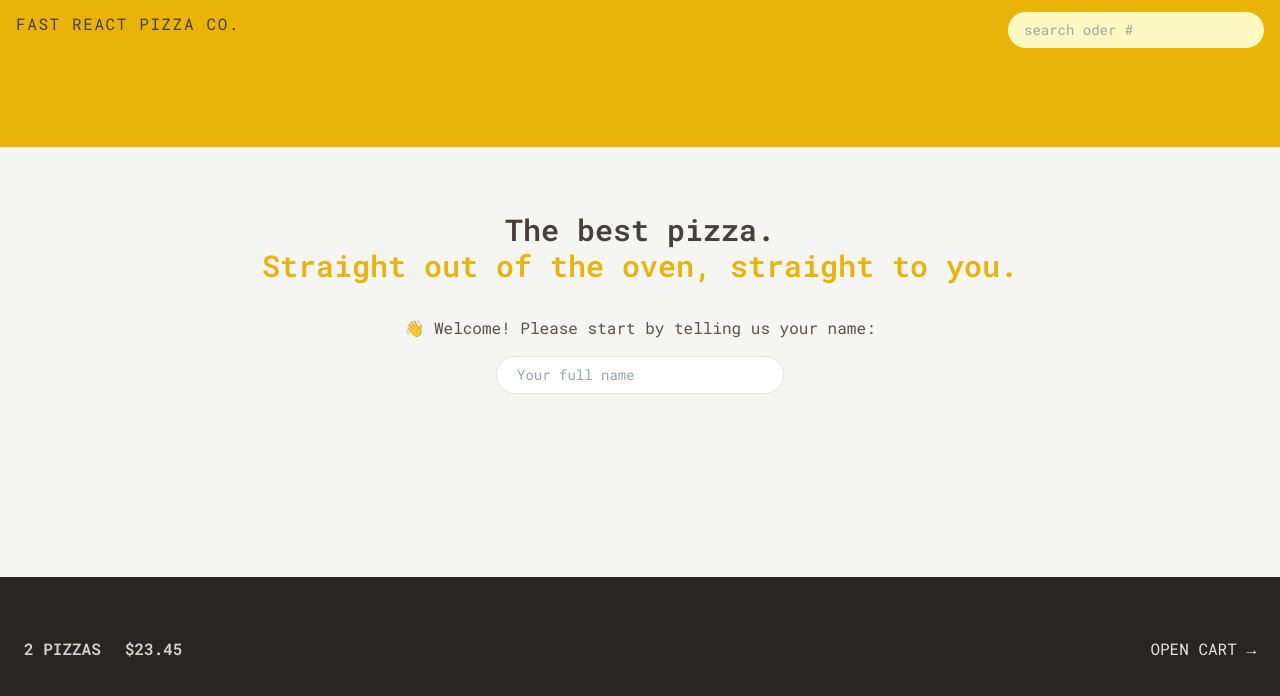
Repository: ayakhaled0001/pizza-delivery
Page: /
The author's editor kept a copy of each file at every save. The page is drawn from the files as they stood at one save, then again after the next save.
The browser window is 1280 px wide. The pictures show the whole page.
The project was rebuilt for these pictures with package versions that can differ from the ones it lists, and the page was loaded fresh each time. Also part of the build but not shown: vite.config.js, src/ui/Button.jsx, src/features/user/UserName.jsx, src/services/apiRestaurant.jsx, src/utilities/helpers.jsx, src/features/menu/MenuItem.jsx, src/features/menu/Menu.jsx, src/ui/LinkButton.jsx and 6 more. Imported but missing from the stored project, and not drawn on this page: src/features/order/CreateOrder.

Above is the page before, as saved 2025-05-08 22:11:48.

### index.html
<!DOCTYPE html>
<html lang="en">
  <head>
    <meta charset="UTF-8" />
    <link rel="icon" type="image/svg+xml" href="/vite.svg" />
    <meta name="viewport" content="width=device-width, initial-scale=1.0" />
    <link rel="preconnect" href="https://fonts.googleapis.com" />
    <link rel="preconnect" href="https://fonts.gstatic.com" crossorigin />
    <link
      href="https://fonts.googleapis.com/css2?family=Roboto+Mono:ital,wght@0,100..700;1,100..700&display=swap"
      rel="stylesheet" />
    <title>fast react pizza</title>
  </head>
  <body class="bg-stone-100 text-stone-700">
    <div id="root"></div>
    <script type="module" src="/src/main.jsx"></script>
  </body>
</html>

### src/main.jsx
import { StrictMode } from "react";
import { createRoot } from "react-dom/client";
import App from "./App.jsx";
import "./index.css";
import { Provider } from "react-redux";
import store from "./store.js";

createRoot(document.getElementById("root")).render(
  <StrictMode>
    <Provider store={store}>
      <App />
    </Provider>
  </StrictMode>
);

### src/App.jsx
import { createBrowserRouter, RouterProvider } from "react-router-dom";
import Home from "./ui/Home";
import Menu, { loader as menuLoader } from "./features/menu/Menu";
import Cart from "./features/cart/Cart";
import CreateOrder, {
  action as CreateOrderAction,
} from "./features/order/CreateOrder";
import Order, { loader as orderLoader } from "./features/order/Order";
import AppLayout from "./ui/AppLayout";
import Error from "./ui/Error";
const router = createBrowserRouter([
  {
    element: <AppLayout />,
    children: [
      { path: "/", element: <Home /> },
      {
        path: "/menu",
        element: <Menu />,
        loader: menuLoader,
        errorElement: <Error />,
      },
      { path: "/cart", element: <Cart /> },
      {
        path: "/order/new",
        element: <CreateOrder />,
        action: CreateOrderAction,
      },
      {
        path: "/order/:orderId",
        element: <Order />,
        loader: orderLoader,
        errorElement: <Error />,
      },
    ],
  },
]);
function App() {
  return <RouterProvider router={router} />;
}

export default App;

### src/index.css
@tailwind base;
@tailwind components;
@tailwind utilities;

@layer components {
  .input {
    @apply rounded-full border
    border-stone-200
    px-4 py-2 text-sm transition-all
    duration-300 focus:outline-none
    focus:ring focus:ring-yellow-400
    md:px-5;
  }

  .loader {
    width: 45px;
    aspect-ratio: 0.75;
    --c: no-repeat linear-gradient(theme(colors.stone.700) 0 0);
    background: var(--c) 0% 50%, var(--c) 50% 50%, var(--c) 100% 50%;
    background-size: 20% 50%;
    animation: loading 1s infinite linear;
  }

  @keyframes loading {
    20% {
      background-position: 0% 0%, 50% 50%, 100% 50%;
    }
    40% {
      background-position: 0% 100%, 50% 0%, 100% 50%;
    }
    60% {
      background-position: 0% 50%, 50% 100%, 100% 0%;
    }
    80% {
      background-position: 0% 50%, 50% 50%, 100% 100%;
    }
  }
}

/* body {
  font-family: system-ui, -apple-system, BlinkMacSystemFont, "Segoe UI", Roboto,
    Oxygen, Ubuntu, Cantarell, "Open Sans", "Helvetica Neue", sans-serif;
  background-color: #f7f7f7;
  color: #444;
}

.layout {
  display: grid;
  grid-template-rows: auto 1fr auto;
  gap: 32px;
  height: 100dvh;
} */

/* https://dev.to/afif/i-made-100-css-loaders-for-your-next-project-4eje */

### src/store.js
import { configureStore } from "@reduxjs/toolkit";

import userReducer from "./features/user/userSlice";
import cartReducer from "./features/cart/cartSlice";
const store = configureStore({
  reducer: {
    user: userReducer,
    cart: cartReducer,
  },
});

export default store;

### src/ui/Home.jsx
import { useSelector } from "react-redux";
import CreateUser from "../features/user/CreateUser";
import Button from "./Button";
function Home() {
  const username = useSelector((state) => state.user.username);
  return (
    <div className="my-10 text-center sm:my-16 ">
      <h1 className=" mb-8 text-xl  font-semibold md:text-3xl ">
        The best pizza.
        <br />
        <span className="text-yellow-500">
          Straight out of the oven, straight to you.
        </span>
      </h1>
      {username === "" ? (
        <CreateUser />
      ) : (
        <Button to="/menu">continue ordering , {username}</Button>
      )}
    </div>
  );
}

export default Home;

### src/ui/AppLayout.jsx
import Header from "./Header";
import CartOverview from "../features/cart/CartOverview";
import { Outlet, useNavigation } from "react-router-dom";
import Loader from "./Loader";

function AppLayout() {
  const navigation = useNavigation();
  const isLoading = navigation.state === "loading";
  console.log(navigation.state);
  return (
    <div className="grid h-screen grid-row-[auto_1fr_auto]">
      {isLoading && <Loader />}

      <Header />
      <div className="">
        <main className="max-w-3xl mx-auto">
          <Outlet />
        </main>
      </div>
      <CartOverview />
    </div>
  );
}

export default AppLayout;

### src/features/user/userSlice.js
// function getPosition() {
//   return new Promise(function (resolve, reject) {
//     navigator.geolocation.getCurrentPosition(resolve, reject);
//   });
// }

import { createSlice } from "@reduxjs/toolkit";

// async function fetchAddress() {
//   // 1) We get the user's geolocation position
//   const positionObj = await getPosition();
//   const position = {
//     latitude: positionObj.coords.latitude,
//     longitude: positionObj.coords.longitude,
//   };

//   // 2) Then we use a reverse geocoding API to get a description of the user's address, so we can display it the order form, so that the user can correct it if wrong
//   const addressObj = await getAddress(position);
//   const address = `${addressObj?.locality}, ${addressObj?.city} ${addressObj?.postcode}, ${addressObj?.countryName}`;

//   // 3) Then we return an object with the data that we are interested in
//   return { position, address };
// }

const initialState = {
  username: "",
};

const userSlice = createSlice({
  name: "user",
  initialState,
  reducers: {
    updateName(state, action) {
      state.username = action.payload;
    },
  },
});

export const { updateName } = userSlice.actions;

export default userSlice.reducer;

### src/features/cart/cartSlice.js
import { createSlice } from "@reduxjs/toolkit";

const initialState = {
  cart: [
    {
      pizzaId: 12,
      name: "mediterran",
      quantity: 2,
      unitPrice: 16,
      totalPrice: 32,
    },
  ],
};

const cartSlice = createSlice({
  name: "cart",
  initialState,
  reducers: {
    addItem(state, action) {
      // payload :newitem
      state.cart.push(action.payload);
    },
    deleteItem(state, action) {
      //payload id of the pizza item
      state.cart = state.cart.filter((item) => item.pizzaId !== action.payload);
    },
    increaseItemQuantity(state, action) {
      // payload = id
      const item = state.cart.find((item) => item.pizzaId === action.payload);
      item.quantity++;
      item.totalPrice = item.quantity * item.unitPrice;
    },
    decreaseItemQuantity(state, action) {
      // payload = id
      const item = state.cart.find((item) => item.pizzaId === action.payload);
      item.quantity--;
      item.totalPrice = item.quantity * item.unitPrice;
    },
    clearCart(state) {
      state.cart = [];
    },
  },
});

export const {
  addItem,
  deleteItem,
  increaseItemQuantity,
  decreaseItemQuantity,
  clearCart,
} = cartSlice.actions;

export default cartSlice.reducer;

### src/features/user/CreateUser.jsx
import { useState } from "react";
import Button from "../../ui/Button";
import { useDispatch } from "react-redux";
import { updateName } from "./userSlice";
import UserName from "./UserName";
import { useNavigate } from "react-router-dom";

function CreateUser() {
  const [username, setUsername] = useState("");
  const dispath = useDispatch();
  const navigate = useNavigate();
  function handleSubmit(e) {
    e.preventDefault();
    if (!username) return;
    dispath(updateName(username));
    navigate("/menu");
  }

  return (
    <form onSubmit={handleSubmit}>
      <p className="mb-4 text-sm text-stone-600 md:text-base">
        👋 Welcome! Please start by telling us your name:
      </p>

      <input
        type="text"
        placeholder="Your full name"
        value={username}
        className=" w-72 input mb-8"
        onChange={(e) => setUsername(e.target.value)}
      />

      {username !== "" && (
        <div>
          <Button>Start ordering</Button>
        </div>
      )}
    </form>
  );
}

export default CreateUser;

### src/ui/Header.jsx
import { Link } from "react-router-dom";
import SearchOrder from "../features/order/SearchOrder.jsx";
import UserName from "../features/user/UserName.jsx";

function Header() {
  return (
    <header className=" flex justify-between bg-yellow-500 px-4 py-3 uppercase border-b border-stone-200">
      <Link to="/" className="tracking-widest">
        Fast React Pizza Co.
      </Link>
      <SearchOrder />
      <UserName />
    </header>
  );
}

export default Header;

### src/features/cart/CartOverview.jsx
import { useSelector } from "react-redux";
import { Link } from "react-router-dom";

function CartOverview() {
  const totalCartQuantity = useSelector((state) =>
    state.cart.cart.reduce((sum, item) => sum + item.quantity, 0)
  );
  return (
    <div
      className="bg-stone-800 text-stone-200 uppercase p-4 sm:px-6 px-4 py-4
    md:text-base flex items-center justify-between">
      <p className="text-stone-300 sm:space-x-6 font-semibold space-x-4">
        <span>{totalCartQuantity} pizzas</span>
        <span>$23.45</span>
      </p>
      <Link to="/cart">Open cart &rarr;</Link>
    </div>
  );
}

export default CartOverview;

### src/features/order/SearchOrder.jsx
import { useState } from "react";
import { useNavigate } from "react-router-dom";

function SearchOrder() {
  const [query, setQuery] = useState("");
  const navigate = useNavigate();
  function handleSubmit(e) {
    e.preventDefault();
    if (!query) return;
    navigate(`/order/${query}`);
    setQuery("");
  }
  return (
    <form onSubmit={handleSubmit}>
      <input
        placeholder="search oder #"
        value={query}
        onChange={(e) => setQuery(e.target.value)}
        className="duration-300 sm:w-64 focus:outline-none focus:ring
         focus:ring-yellow-500 focus:ring-opacity-50  sm:focus:w-72 transition-all w-28
         bg-yellow-100 rounded-full px-4 py-2 text-sm placeholder:text-stone-400"
      />
    </form>
  );
}

export default SearchOrder;

### tailwind.config.js
/** @type {import('tailwindcss').Config} */
export default {
  content: ["./index.html", "./src/**/*.{js,jsx,ts,tsx}"],
  theme: {
    fontFamily: {
      sans: "Roboto Mono , monospace",
    },
    extend: {
      fontSize: {
        huge: ["80rem", { lineHeight: "1" }],
      },
      height: {
        screen: "100dvh",
      },
    },
  },
  plugins: [],
};

After the next save:
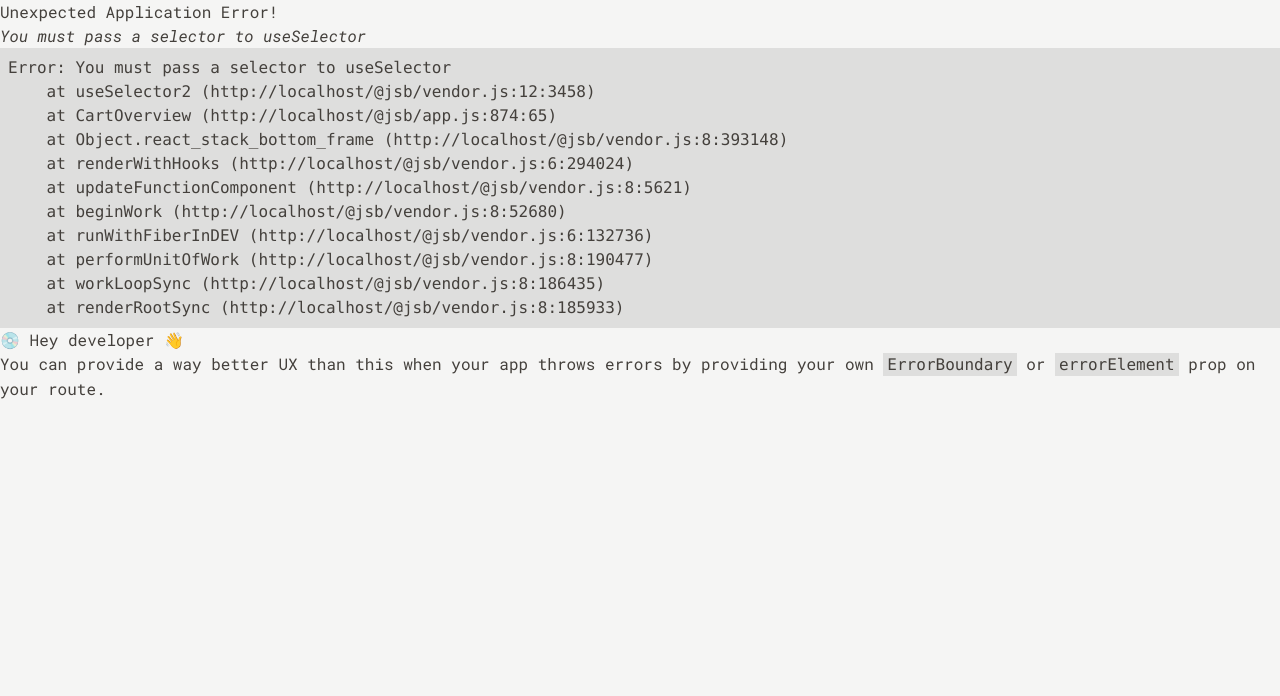
Saved 6 min 11 s later.
--- a/src/features/cart/CartOverview.jsx
+++ b/src/features/cart/CartOverview.jsx
@@ -2,9 +2,7 @@ import { useSelector } from "react-redux";
 import { Link } from "react-router-dom";
 
 function CartOverview() {
-  const totalCartQuantity = useSelector((state) =>
-    state.cart.cart.reduce((sum, item) => sum + item.quantity, 0)
-  );
+  const totalCartQuantity = useSelector();
   return (
     <div
       className="bg-stone-800 text-stone-200 uppercase p-4 sm:px-6 px-4 py-4
